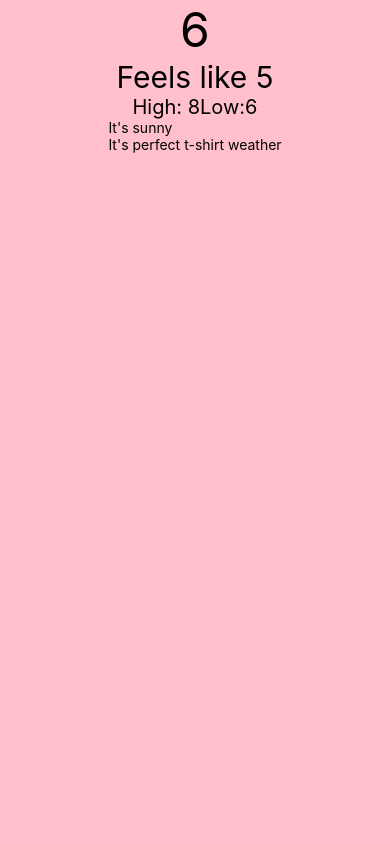
Repository: braduku28/react-weather-app
Screen: / (app in WeatherApp/)
The author's editor kept a copy of each file at every save. The screen is drawn from the files as they stood at one save, then again after the next save.
The app was drawn by React Native's web renderer in a window 390 px wide. The project was rebuilt for these pictures with package versions that can differ from the ones it lists, and the page was loaded fresh each time.

Above is the screen before, as saved 2023-10-10 14:41:18.

After the next save:
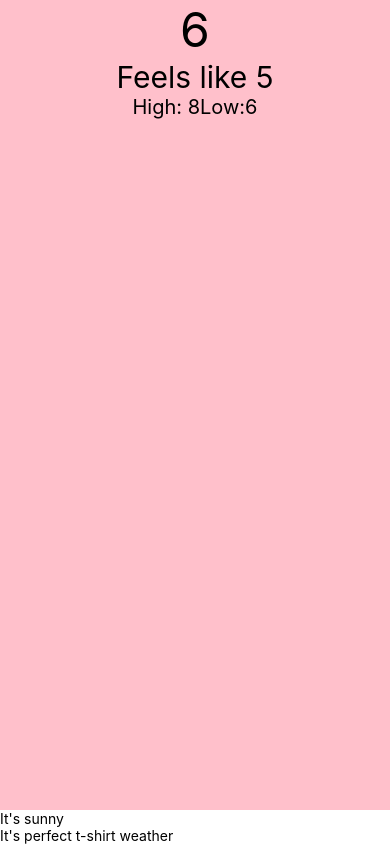
Saved 13 s later.
--- a/WeatherApp/App.tsx
+++ b/WeatherApp/App.tsx
@@ -12,10 +12,11 @@ const App = () =>{
         <Text style={styles.highLow}>High: 8</Text>
         <Text style={styles.highLow}>Low:6</Text>
       </View>
+
+      </View>
       <View style={styles.bodyWrapper}>
         <Text>It's sunny</Text>
         <Text>It's perfect t-shirt weather</Text>
-      </View>
       </View>
     </SafeAreaView>
   );
